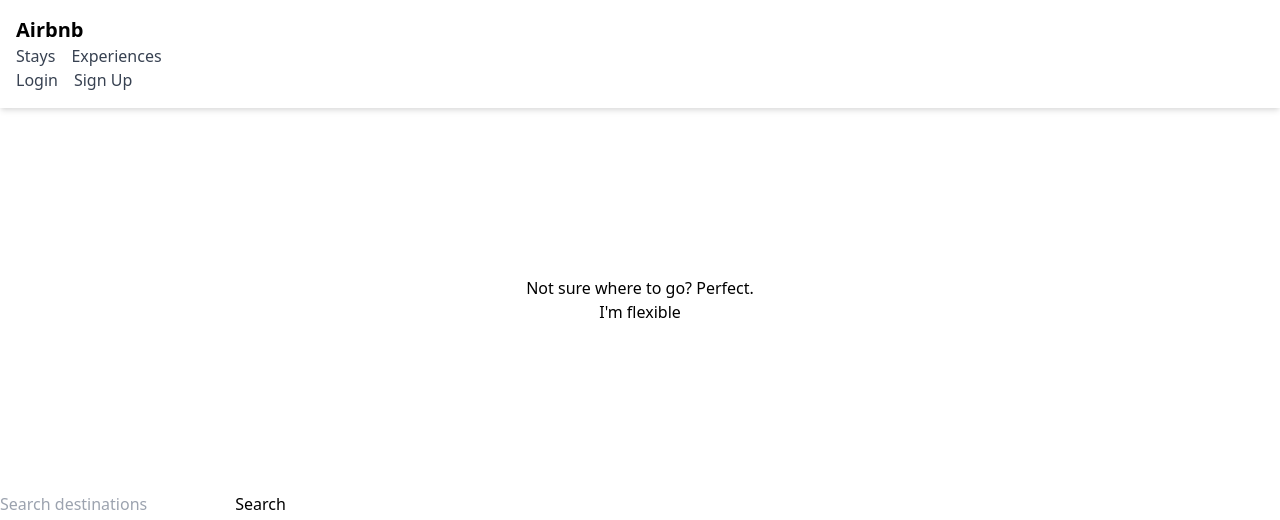
Repository: rmdayberry/Airbnb-Clone
Page: index.html
An editor plug-in stored every save of this project. The page is shown before and after the next save, followed by the edit.
The browser window is 1280 px wide. The pictures show the part of the page from y = 0 to 520 px (the page is 960 px tall).
A picture or video elsewhere on the page could not be fetched, so the positions and the page height are approximate.

Above is the page before, as saved 2024-08-13 15:10:20.

### index.html
<!DOCTYPE html>
<html lang="en">
  <head>
    <meta charset="UTF-8" />
    <meta name="viewport" content="width=device-width, initial-scale=1.0" />
    <title>Airbnb Clone</title>
    <link
      href="https://cdn.jsdelivr.net/npm/tailwindcss@2.2.19/dist/tailwind.min.css"
      rel="stylesheet"
    />
  </head>
  <body class="font-sans">
    <!-- Navbar -->
    <nav class="lex justify-between items-center p-4 shadow-md bg-white">
      <div class="text-xl font-bold">Airbnb</div>
      <ul class="flex space-x-4">
        <li><a href="#" class="text-gray-700 hover:underline">Stays</a></li>
        <li>
          <a href="#" class="text-gray-700 hover:underline">Experiences</a>
        </li>
      </ul>
      <div class="flex space-x-4">
        <a href="#" class="text-gray-700 hover:underline">Login</a>
        <a href="#" class="text-gray-700 hover:underline">Sign Up</a>
      </div>
    </nav>

    <!-- Hero Section -->

    <header class="bg-cover bg-center h-96">
      <div class="flex flex-col justify-center items-center h-full">
        <h1 text-4xl font-bold mb-4>Not sure where to go? Perfect.</h1>
        <button class="cta-button">I'm flexible</button>
      </div>
    </header>

    <!-- Search Bar -->
    <section class="search-bar">
      <input type="text" placeholder="Search destinations" />
      <button>Search</button>
    </section>

    <!-- Featured Listings -->
    <section class="listings">
      <h2>Featured Destinations</h2>
      <div class="listing">
        <img src="image1.jpeg" alt="Destination 1" />
        <h3>Destination 1</h3>
      </div>
    </section>

    <!-- Footer -->
    <footer>
      <div class="footer-content">
        <p>© 2024 Airbnb, Inc.</p>
        <ul class="footer-links">
          <li><a href="#">Privacy</a></li>
          <li><a href="#">Terms</a></li>
          <li><a href="#">Sitemap</a></li>
        </ul>
      </div>
    </footer>
  </body>
</html>

After the next save:
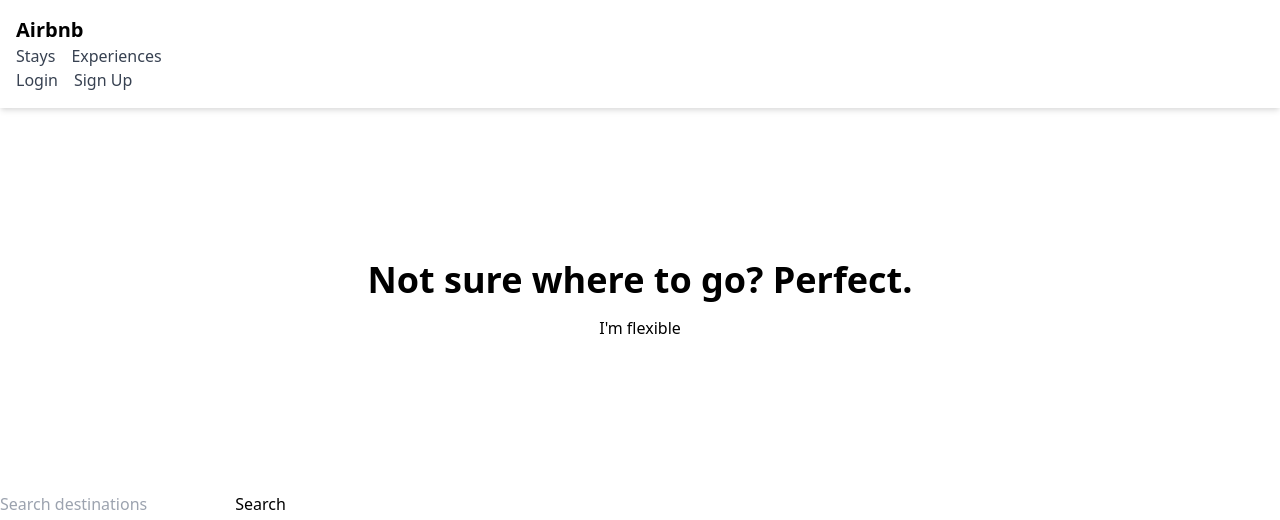
Saved 21 s later.
--- a/index.html
+++ b/index.html
@@ -29,7 +29,7 @@
 
     <header class="bg-cover bg-center h-96">
       <div class="flex flex-col justify-center items-center h-full">
-        <h1 text-4xl font-bold mb-4>Not sure where to go? Perfect.</h1>
+        <h1 class="text-4xl font-bold mb-4">Not sure where to go? Perfect.</h1>
         <button class="cta-button">I'm flexible</button>
       </div>
     </header>
